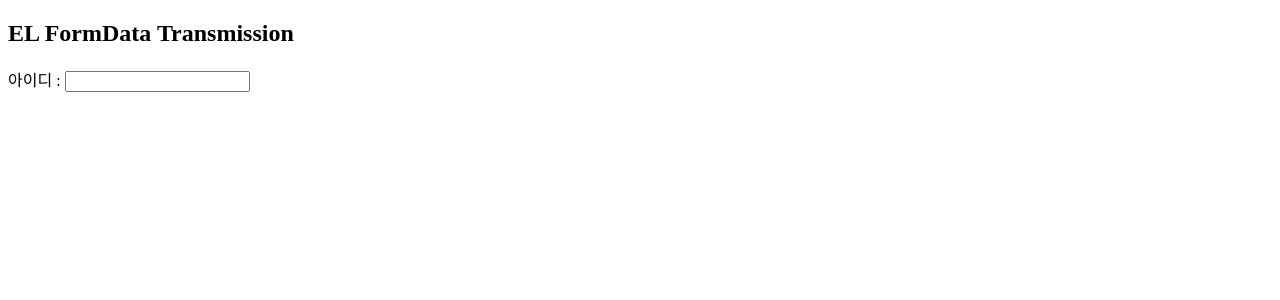
Repository: Rua1006/JSP
Page: http://localhost/practice02/05.ELDataForm.jsp
The author's editor kept a copy of each file at every save. The page is drawn from the files as they stood at one save, then again after the next save.
The browser window is 1280 px wide. The pictures show the whole page.
The page is served by Tomcat 9. Other server files are loaded and not shown.

Above is the page before, as saved 2022-11-10 04:40:48.

### practice02/WebContent/05.ELDataForm.jsp
<%@ page language="java" contentType="text/html; charset=UTF-8"
    pageEncoding="UTF-8"%>
<%@ taglib prefix="c" uri="http://java.sun.com/jsp/jstl/core" %>
<%@ taglib prefix="fmt" uri="http://java.sun.com/jsp/jstl/fmt" %>
<%@ page import ="java.util.*" %>
<%@ page import ="java.text.*, java.net.InetAddress" %>
<%@ page import ="com.example.*" %>
<%@ include file = "common.jsp" %>
<%
	pageContext.setAttribute("pname", "강병수");
	request.setAttribute("rname", "김진수");
	session.setAttribute("sname", "장다인");
	application.setAttribute("aname", "이하늘");
%>
<!DOCTYPE html>
<html>
<head>
<meta charset="UTF-8">
<title>05ELDataForm</title>
</head>
<body>
	<h2>EL FormData Transmission</h2>
	<form action="05ELParam" method="post">
		<label for="id">아이디</label> : <input type="text" name="id">
	</form>
</body>
</html>

Loaded but not shown: practice02/WebContent/common.jsp (common file)

After the next save:
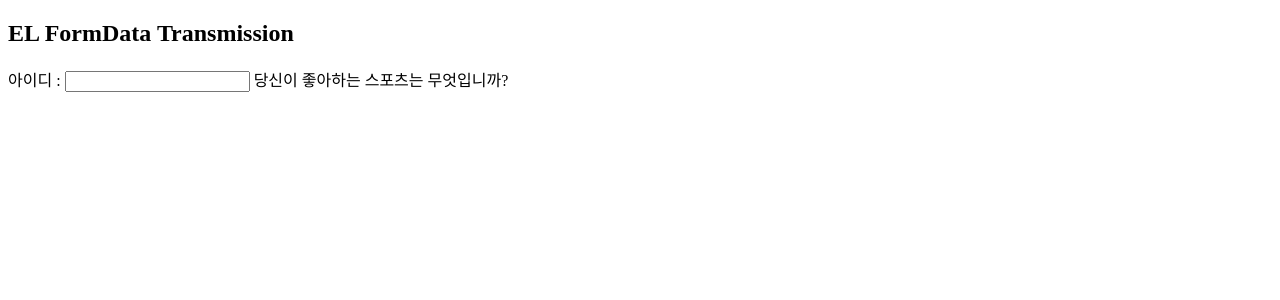
Saved 13 s later.
--- a/practice02/WebContent/05.ELDataForm.jsp
+++ b/practice02/WebContent/05.ELDataForm.jsp
@@ -22,6 +22,7 @@
 	<h2>EL FormData Transmission</h2>
 	<form action="05ELParam" method="post">
 		<label for="id">아이디</label> : <input type="text" name="id">
+		당신이 좋아하는 스포츠는 무엇입니까?<br>
 	</form>
 </body>
 </html>
